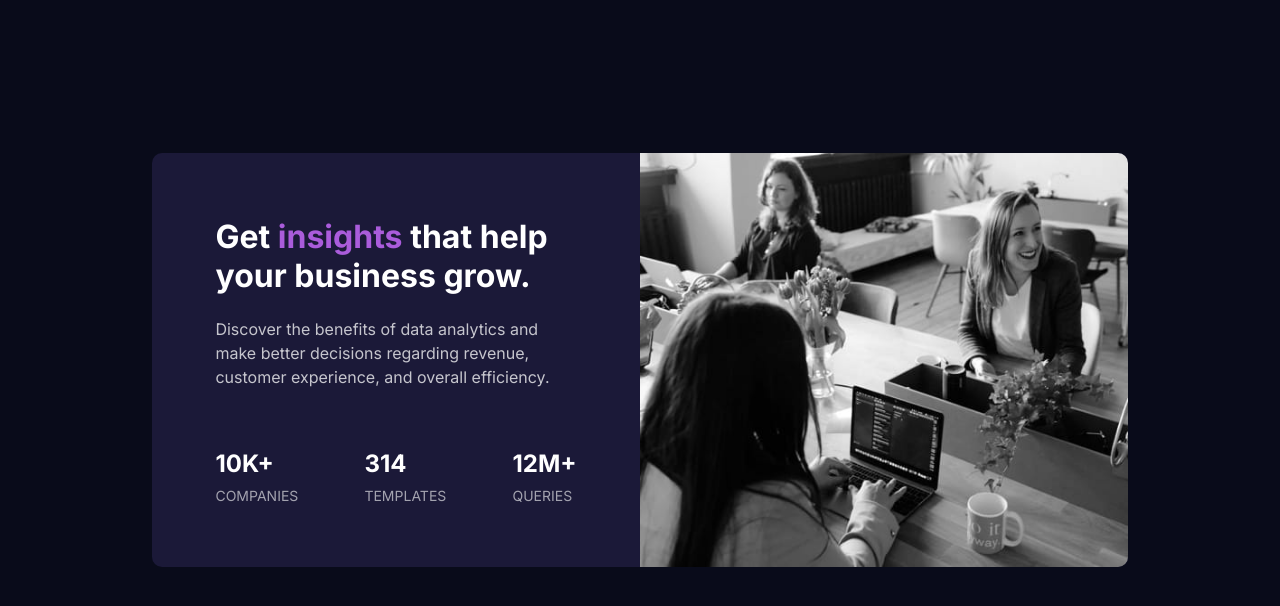
Repository: keisewarsame/stats-preview-frontendmentor
Page: index.html
An editor plug-in stored every save of this project. The page is shown before and after the next save, followed by the edit.
The browser window is 1280 px wide. The pictures show the whole page.

Above is the page before, as saved 2022-07-12 13:18:32.

### index.html
<!DOCTYPE html>
<html lang="en">
<head>
  <meta charset="UTF-8">
  <meta name="viewport" content="width=device-width, initial-scale=1.0"> <!-- displays site properly based on user's device -->
  <link rel="icon" type="image/png" sizes="32x32" href="./images/favicon-32x32.png">
  <link rel="stylesheet" href="styles.css">
  <title>Frontend Mentor | Stats preview card component</title>
</head>
<body>
    <div class="container">
        <div class="wrapper">
            <div class="text-component">
                <h1 class="title">Get <span>insights</span> that help your business grow.</h1>
                <p class="subtitle">Discover the benefits of data analytics and make better decisions regarding revenue, customer experience, and overall efficiency.</p>
                <div class="stats-component">
                    <div>
                        <p class="num">10K+</p>
                        <p class="stats-sub">Companies</p>
                    </div>
                    <div>
                        <p class="num">314</p>
                        <p class="stats-sub">Templates</p>
                    </div>
                    <div>
                        <p class="num">12M+</p>
                        <p class="stats-sub">Queries</p>
                    </div>
                </div>
            </div>
            <div class="image-component">
                <img src="/images/image-header-desktop.jpg" alt="">
            </div>
        </div>
    </div>
</body>
</html>

### styles.css
@import url('https://fonts.googleapis.com/css2?family=Inter:wght@400;700&family=Lexend+Deca&display=swap');

* {
    margin: 0;
    padding: 0;
}

body {
    display: flex;
    align-items: center;
    min-height: 100vh;
    background-color: hsl(233, 47%, 7%);
}

.container {
    margin: 0 auto;
    max-width: 1040px;
}

.wrapper {
    background-color: hsl(244, 38%, 16%);
    display: grid;
    grid-template-columns: 1fr 1fr;
    border-radius: 10px;
    overflow: hidden;
    margin: 2rem;
}

.text-component {
    padding: 13%;
    font-family: 'Inter', sans-serif;
}

.title {
    color: hsl(0, 0%, 100%);
    padding-bottom: 22px;
    font-weight: 700;
}

.title span {
    color: hsl(277, 64%, 61%)
}

.subtitle {
    color: hsla(0, 0%, 100%, 0.75);
    line-height: 1.5;
}

.stats-component {
    display: flex;
    justify-content: space-between;
    padding-top: 60px;
}

.num {
    color: hsl(0, 0%, 100%);
    font-weight: 700;
    font-size: 24px;
    margin-bottom: 9px
}

.stats-sub {
    text-transform: uppercase;
    color: hsla(0, 0%, 100%, 0.6);
    font-size: 14px;
}



.image-component {
    position: relative;
}

img {
    height: 100%;
    width: 100%;
}

.image-component::after {
    position: absolute;
    content: '';
    height: 100%;
    width: 100%;
    top: 0;
    right: 0;
    background-color: ;
}

After the next save:
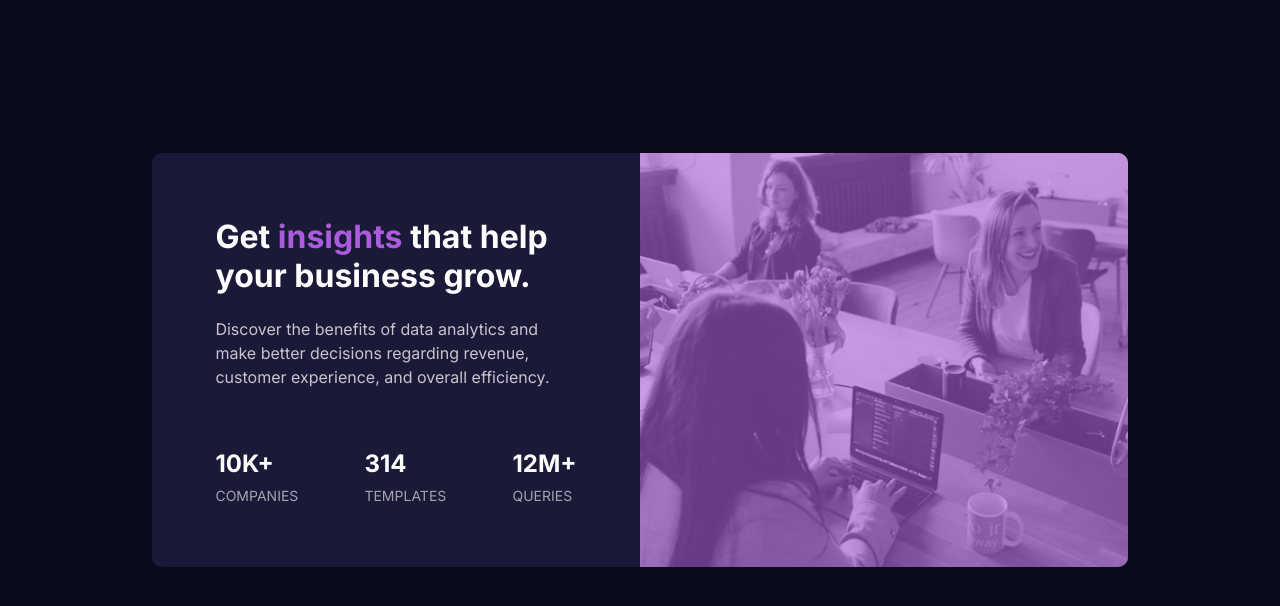
Saved 11 s later.
--- a/styles.css
+++ b/styles.css
@@ -83,5 +83,5 @@ img {
     width: 100%;
     top: 0;
     right: 0;
-    background-color: ;
+    background-color: hsla(277, 64%, 61%, 0.6);;
 }
